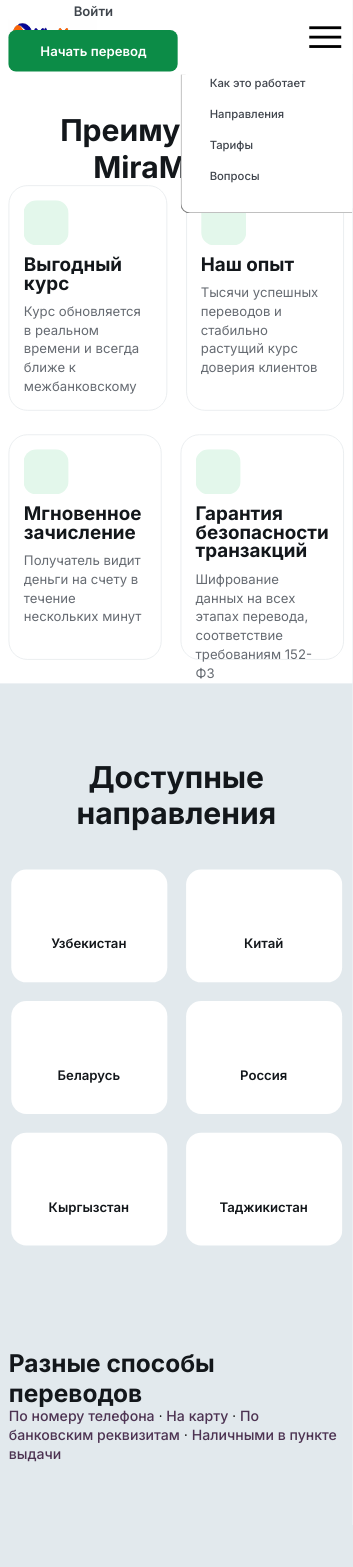
Repository: Shaiyr1/mira-money
Page: index.html
These files come from the project's save history. The page is drawn as it stood at one moment and after the next save; the edit follows.
The browser window is 375 px wide. The pictures show the whole page, at 94% of full size.
After loading, the first visible `div.header-menu` was clicked once.

Above is the page before, as saved 2026-10-26 16:51:39.

### index.html
<!DOCTYPE html>
<html lang="en">
<head>
    <meta charset="UTF-8">
    <meta http-equiv="X-UA-Compatible" content="IE=edge">
    <meta name="viewport" content="width=device-width, initial-scale=1.0">
    <link rel="stylesheet" href="/src/css/style.css">
    <title>Document</title>
</head>
<body>
    <header class="header">
        <nav class="header-nav">
            <a class="header-nav__link" href="">
                <img class="header-nav__link-logo" src="./src/img/logo.svg" alt="logo">
            </a>
            <ul class="header-nav__ul">
                <li class="header-nav__li">
                    <a class="header-nav__li-link" href="/">Как это работает</a>
                </li>
                <li class="header-nav__li">
                    <a class="header-nav__li-link" href="#direction">Направления</a>
                </li>
                <li class="header-nav__li">
                    <a class="header-nav__li-link" href="#tarifs">Тарифы</a>
                </li>
                <li class="header-nav__li">
                    <a class="header-nav__li-link" href="#quastion">Вопросы</a>
                </li>
            </ul>
            <div class="header-nav__sign">
                <a class="header-nav__sign-link" href="">Войти</a>
                <button class="header-nav__sign-btn">Начать перевод</button>
            </div>
            <div class="header-menu">
                <span></span>
                <span></span>
                <span></span>
            </div>
        </nav>
    </header>
    <main class="main">
        <section class="home">
            <div class="container">

            </div>
        </section>
        <section class="advantages" id="how">
            <div class="container">
                <h2 class="advantages__title">
                    Преимущества MiraMoney
                </h2>
                <div class="advantages-blocks">
                    <div class="advantages-block">
                        <img class="advantages-block__icon" src="./src/img/icon.svg" alt="icon">
                        <h5 class="advantages-block__title">Выгодный курс</h5>
                        <p class="advantages-block__subtitle">Курс обновляется в реальном времени и всегда ближе к межбанковскому</p>
                    </div>
                    <div class="advantages-block">
                        <img class="advantages-block__icon" src="./src/img/icon.svg" alt="icon">
                        <h5 class="advantages-block__title">Наш опыт</h5>
                        <p class="advantages-block__subtitle">Тысячи успешных переводов и стабильно растущий курс доверия клиентов</p>
                    </div>
                </div>
                <div class="advantages-blocks">
                    <div class="advantages-block">
                        <img class="advantages-block__icon" src="./src/img/icon.svg" alt="icon">
                        <h5 class="advantages-block__title">Мгновенное зачисление</h5>
                        <p class="advantages-block__subtitle">Получатель видит деньги на счету в течение нескольких минут</p>
                    </div>
                    <div class="advantages-block">
                        <img class="advantages-block__icon" src="./src/img/icon.svg" alt="icon">
                        <h5 class="advantages-block__title">Гарантия безопасности транзакций</h5>
                        <p class="advantages-block__subtitle">Шифрование данных на всех этапах перевода, соответствие требованиям 152-ФЗ</p>
                    </div>
                </div>
            </div>
        </section>
        <section class="description" id="direction">
            <div class="container">
                <h2 class="description__title">Доступные направления</h2>
                <div class="description-items">
                    <div class="description-item">
                        <p class="description-item__country">Узбекистан</p>
                    </div>
                    <div class="description-item">
                        <p class="description-item__country">Китай</p>
                    </div>
                    <div class="description-item">
                        <p class="description-item__country">Беларусь</p>
                    </div>
                    <div class="description-item">
                        <p class="description-item__country">Россия</p>
                    </div>
                    <div class="description-item">
                        <p class="description-item__country">Кыргызстан</p>
                    </div>
                    <div class="description-item">
                        <p class="description-item__country">Таджикистан</p>
                    </div>
                </div>
                <div class="description__ways">
                    <h3 class="description__ways-title">Разные способы переводов</h3>
                    <p class="description__ways-subtitle"><a href=""> По номеру телефона</a>  ·  <a href="">На карту</a>  ·
                        <a href="">По банковским реквизитам </a>  ·  <a href="">Наличными в пункте выдачи</a> </p>
                </div>
            </div>
        </section>
    </main>
    <footer class="footer">
        <div class="container">

        </div>
    </footer>

    <script>
        const menu = document.querySelector(".header-nav__ul");
        const burger = document.querySelector(".header-menu");
        const signBtn = document.querySelector(".header-nav__sign")

        burger.addEventListener("click", () => {
            menu.classList.toggle("active");
            signBtn.classList.toggle("header-nav__sign_active")
        });
    </script>
</body>
</html>

### src/css/style.css
@import url('https://fonts.googleapis.com/css2?family=Inter:ital,opsz,wght@0,14..32,100..900;1,14..32,100..900&display=swap');

* {
    margin: 0;
    padding: 0;
    box-sizing: border-box;
}
html {
    scroll-behavior: smooth;
}
.container {
    width: 1280px;
    margin: 0 auto;
}

.header {
    width: 100%;
    position: sticky;
    top: 0;
    background-color: white;
}

.header-nav {
    width: 95%;
    height: 84px;
    margin: 0 auto;
    display: flex;
    align-items: center;
}

.header-nav__link {}

.header-nav__link-logo {}

.header-nav__ul {
    margin-left: 120px;
    display: flex;
    align-items: center;
    gap: 32px;
}

.header-nav__li {
    list-style-type: none;
}

.header-nav__li-link {
    text-decoration: none;
    color: #3f444c;
    font-size: 14px;
    font-family: Inter;
    font-weight: 500;
    transition: 0.4s;
}

.header-nav__li-link:hover {
    color: #0c8c47;
    transition: 0.4s;
    font-size: 14.5px;
}

.header-nav__sign {
    margin-left: auto;
    display: flex;
    align-items: center;
    gap: 12px;
}

.header-nav__sign-link {
    text-decoration: none;
    color: #3f454c;
    font-size: 14px;
    font-family: Inter;
    font-weight: 600;
    transition: 0.4s;
}

.header-nav__sign-link:hover {
    color: #0c8c47;
    transition: 0.4s;
    font-size: 14.5px;

}

.header-nav__sign-btn {
    background-color: #0c8c47;
    width: 180px;
    height: 44px;
    border-radius: 8px;
    color: #ffffff;
    font-size: 14px;
    font-family: Inter;
    font-weight: 600;
    border: none;
    cursor: pointer;
    transition: 0.4s;
}

.header-nav__sign-btn:hover {
    background-color: rgb(0, 96, 0);
    transition: 0.4s;
}



.advantages {
    padding-top: 40px;
}

.advantages__title {
    color: #13171b;
    text-align: center;
    font-size: 32px;
    font-family: Inter;
    font-weight: 700;
}

.advantages-blocks {
    width: 100%;
    display: flex;
    align-items: center;
    gap: 24px;
    margin-bottom: 40px;
}

.advantages-block {
    width: 50%;
    border: 1px solid #eaedef;
    border-radius: 20px;
    padding: 28px;
    display: flex;
    flex-direction: column;
    align-items: flex-start;
    gap: 10px;
}

.advantages-block__icon {}

.advantages-block__title {
    color: #13171b;
    font-size: 20px;
    font-family: Inter;
    font-weight: 700;

}

.advantages-block__subtitle {
    width: 400px;
    color: #666b72;
    text-align: left;
    font-size: 14px;
    font-family: Inter;
    line-height: 20px;
}




.description {
    padding: 80px 0;
    background-color: rgb(226, 233, 237);
}

.description__title {
    color: #13171b;
    text-align: center;
    font-size: 32px;
    font-family: Inter;
    font-weight: 700;
}

.description-items {
    margin-top: 40px;
    display: flex;
    justify-content: center;
    align-items: center;
    gap: 20px;
}

.description-item {
    background-color: #ffffff;
    width: 166px;
    height: 160px;
    border-radius: 16px;
}

.description-item__country {
    margin-top: 100px;
    color: #13171b;
    text-align: center;
    vertical-align: text-top;
    font-size: 14px;
    font-family: Inter;
    font-weight: 600;
}

.description__ways {
    margin-top: 80px;
    padding: 30px 0;
}

.description__ways-title {
    color: #13171b;
    text-align: left;
    font-size: 26px;
    font-family: Inter;
    font-weight: 700;
}

.description__ways-subtitle {
    width: 548px;
    font-size: 15px;

}

.description__ways-subtitle a {
    color: #4d3352;
    text-align: left;
    font-size: 15px;
    font-family: Inter;
    font-weight: 500;
    text-decoration: none;
    line-height: 20px;
}



@media (max-width: 1024px) {
    .container {
        width: 95%;
    }

    .advantages-blocks {
        gap: 20px;
        margin-bottom: 25px;

    }
}

@media(max-width: 768px) {
    .header-nav {
        margin: 0 auto;
    }

    .header-nav__ul {
        margin-left: 20px;
        gap: 15px;
    }

    .header-nav__li-link {
        white-space: nowrap;
        font-size: 12px;
    }

    .advantages-block__subtitle {
        width: 100%;
    }

    .advantages-block__title {
        line-height: 20px;
    }

    .advantages-block {
        padding: 15px;
        height: 200px;
    }

    .description-item {
        background-color: #ffffff;
        width: 166px;
        height: 120px;
        border-radius: 16px;
    }

    .description-item__country {
        margin-top: 70px;
    }



}

@media(max-width: 480px) {
    .header-nav {
        height: 79px;

    }
    .header-nav__ul {
        display: none;
    }
    .header-nav__sign {
        display: none;
    }
    .header-menu {
        width: 40px;
        margin-left: auto;
        display: flex;
        flex-direction: column;
        justify-content: center;
        align-items: center;
        gap: 7px;
    }
    .header-menu span {
        width: 34px;
        height: 3px;
        background-color: black;
        display: block;
    }
    .active {
        padding: 0 50px 30px 30px;
        position: absolute;
        top: 79px;
        right: 0;
        background-color: white;
        display: flex;
        flex-direction: column;
        align-items: flex-start;
        border-left: 1px solid gray;
        border-bottom: 1px solid gray;
        border-radius: 0 0 0 10px;
        transition:  0.4s ease;
    }
    .header-nav__sign_active {
        display: flex;
        flex-direction: column;
        position: absolute;

    }
    h2 {
        font-size: 24px;
    }
    .advantages-block {
        padding: 15px;
        height: 240px;
    }
    .description-items {
        flex-wrap: wrap;
    }
    .description__ways-subtitle {
        width: auto;
    }
}

After the next save:
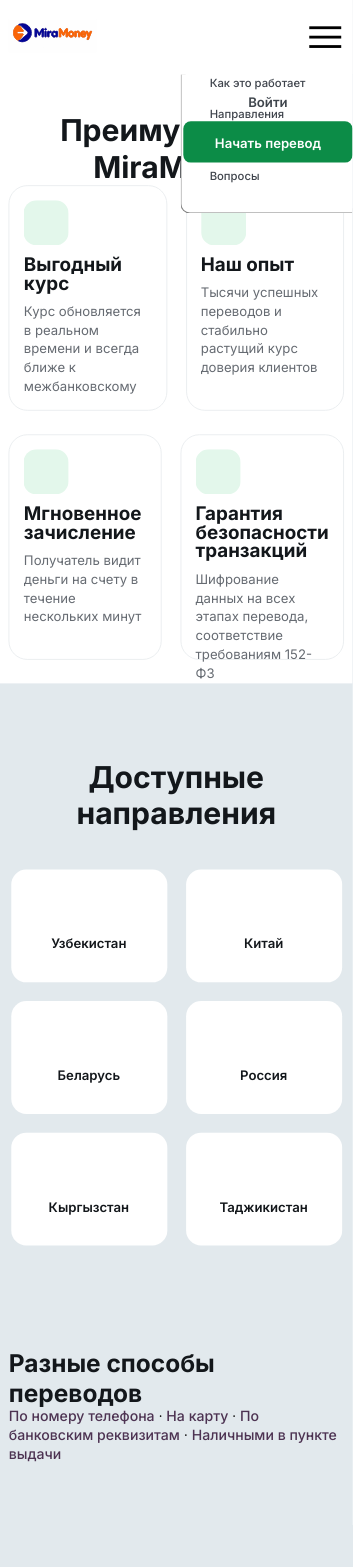
Saved 6 s later.
--- a/src/css/style.css
+++ b/src/css/style.css
@@ -323,7 +323,8 @@
         display: flex;
         flex-direction: column;
         position: absolute;
-
+        top: 100px;
+        right: 0;
     }
     h2 {
         font-size: 24px;
